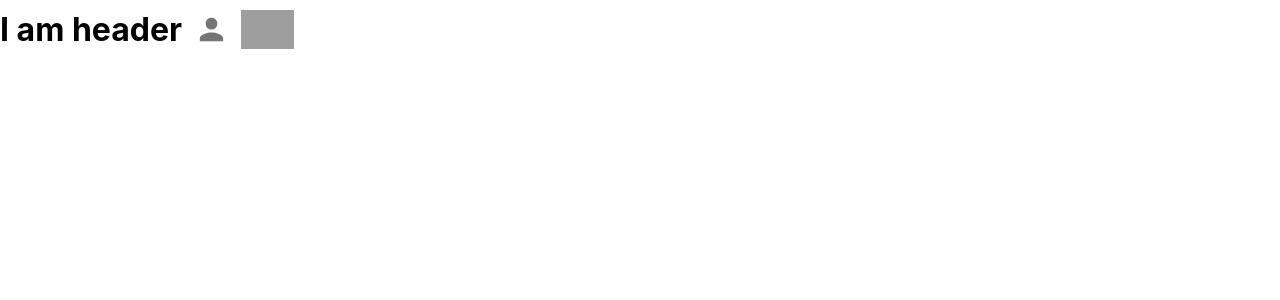
Repository: exiled-kal/TinderApp
Page: /
The author's editor kept a copy of each file at every save. The page is drawn from the files as they stood at one save, then again after a run of saves.
The browser window is 1280 px wide. The pictures show the whole page.
Pictures or frames that could not be fetched are drawn as grey boxes. The project was rebuilt for these pictures with package versions that can differ from the ones it lists, and the page was loaded fresh each time. Also part of the build but not shown: src/App.css.

Above is the page before, as saved 2020-09-14 22:41:01.

After the next 2 saves:
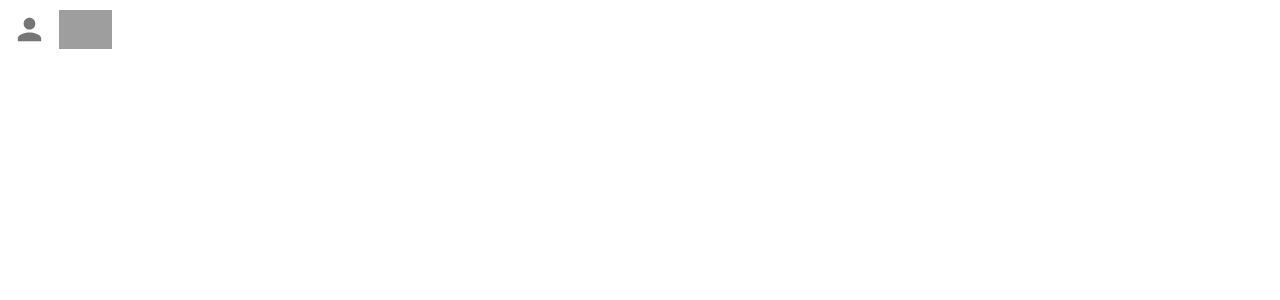
The 2 saves are shown as one change because they came seconds apart.
The last was saved 14 s later.
--- a/src/Header.js
+++ b/src/Header.js
@@ -6,7 +6,6 @@
 function Header() {
   return (
     <div className="header">
-      <h1>I am header</h1>
       <IconButton>
         <PersonIcon fontSize="large" className="header__icon" />
       </IconButton>
